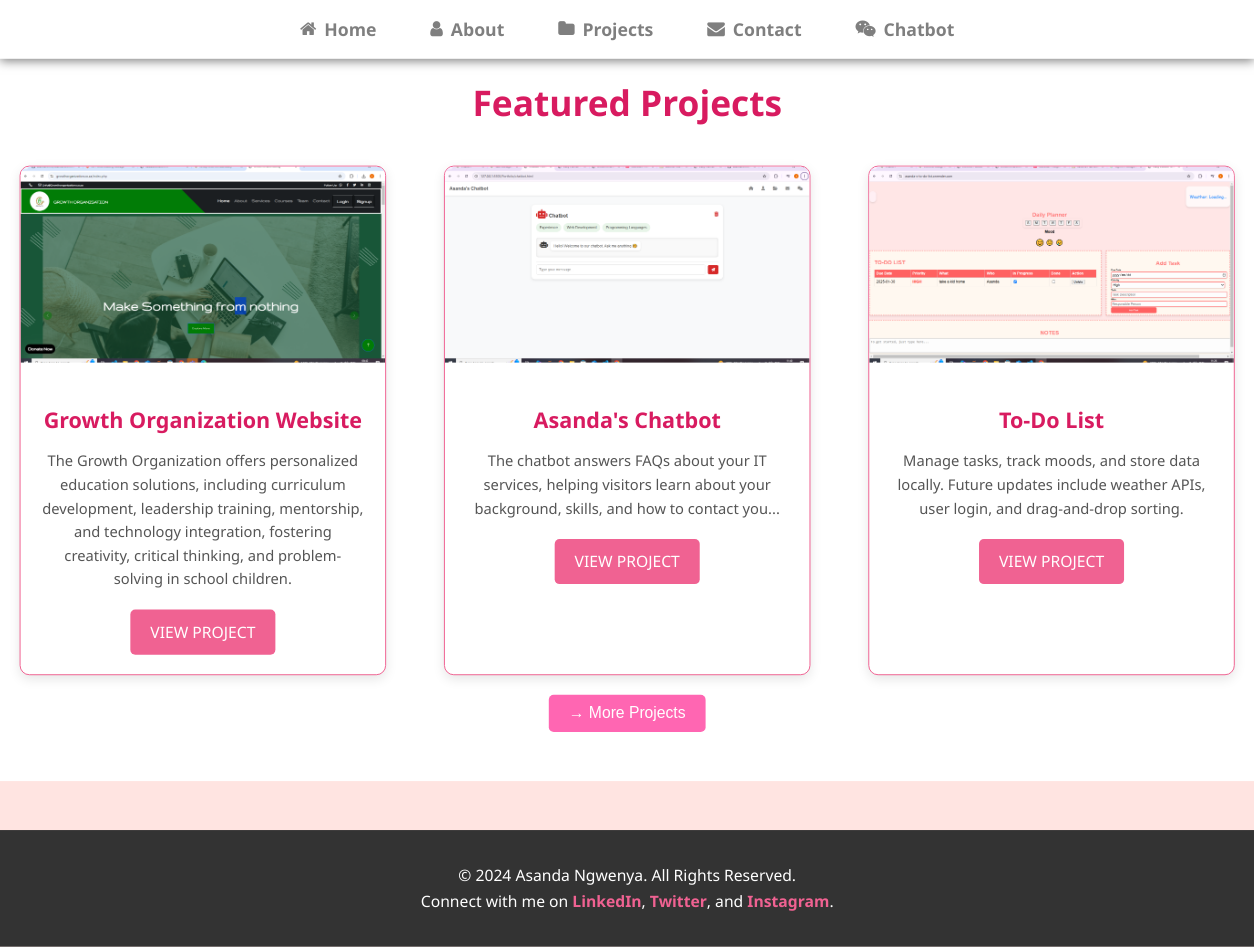
Repository: asandan8106/Asanda-sPortfolio
Page: Portfolio/project.html
These files come from the project's save history. The page is drawn as it stood at one moment and after the next save; the edit follows.
The browser window is 1280 px wide. The pictures show the whole page, at 98% of full size.

Above is the page before, as saved 2025-05-19 11:38:54.

After the next save:
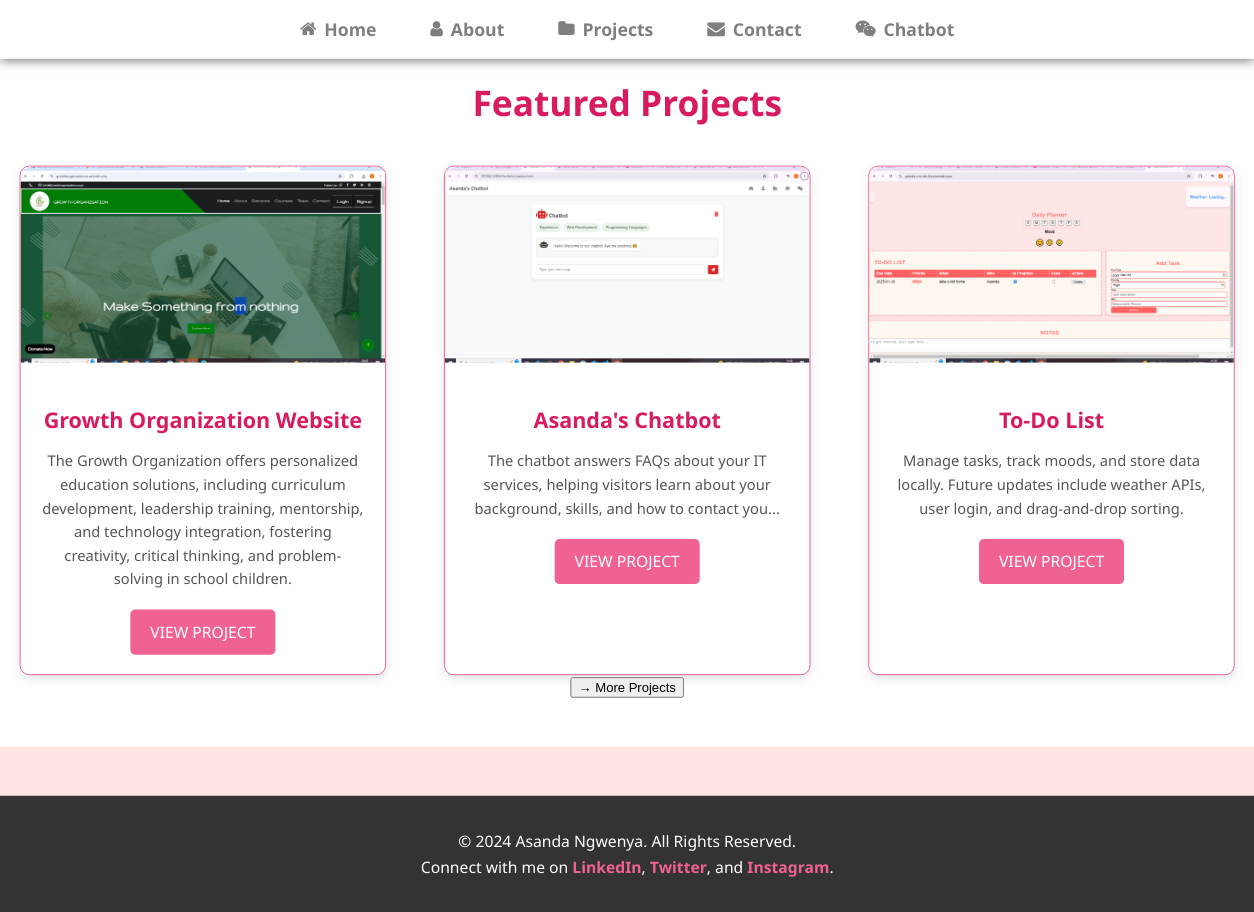
Saved 2 min 46 s later.
--- a/Portfolio/styles/CSS/project.css
+++ b/Portfolio/styles/CSS/project.css
@@ -144,25 +144,35 @@
   display: none;
 }
 
-.more-btn-container {
-  text-align: center;
-  margin-top: 20px;
-}
-
-.more-btn {
-  background-color: #ff66b2;
-  color: white;
-  padding: 10px 20px;
-  border: none;
-  font-size: 1rem;
-  cursor: pointer;
-  border-radius: 5px;
-  transition: background-color 0.3s ease;
-}
-
-.more-btn:hover {
-  background-color: #d193b2;
-}
+.project-card.view-more-card {
+    display: flex;
+    align-items: center;
+    justify-content: center;
+    background-color: #f4f4f9;
+    color: #ff66b2;
+    font-weight: bold;
+    font-size: 1.2rem;
+    text-align: center;
+    transition: background-color 0.3s;
+    cursor: pointer;
+    border: 2px dashed #d193b2;
+}
+
+.project-card.view-more-card:hover {
+    background-color: #ffe6f0;
+}
+
+.arrow-link {
+    color: #ff66b2;
+    text-decoration: none;
+    font-size: 1.4rem;
+    transition: transform 0.2s ease;
+}
+
+.arrow-link:hover {
+    transform: translateX(6px);
+}
+
 
 
         /* Footer */
